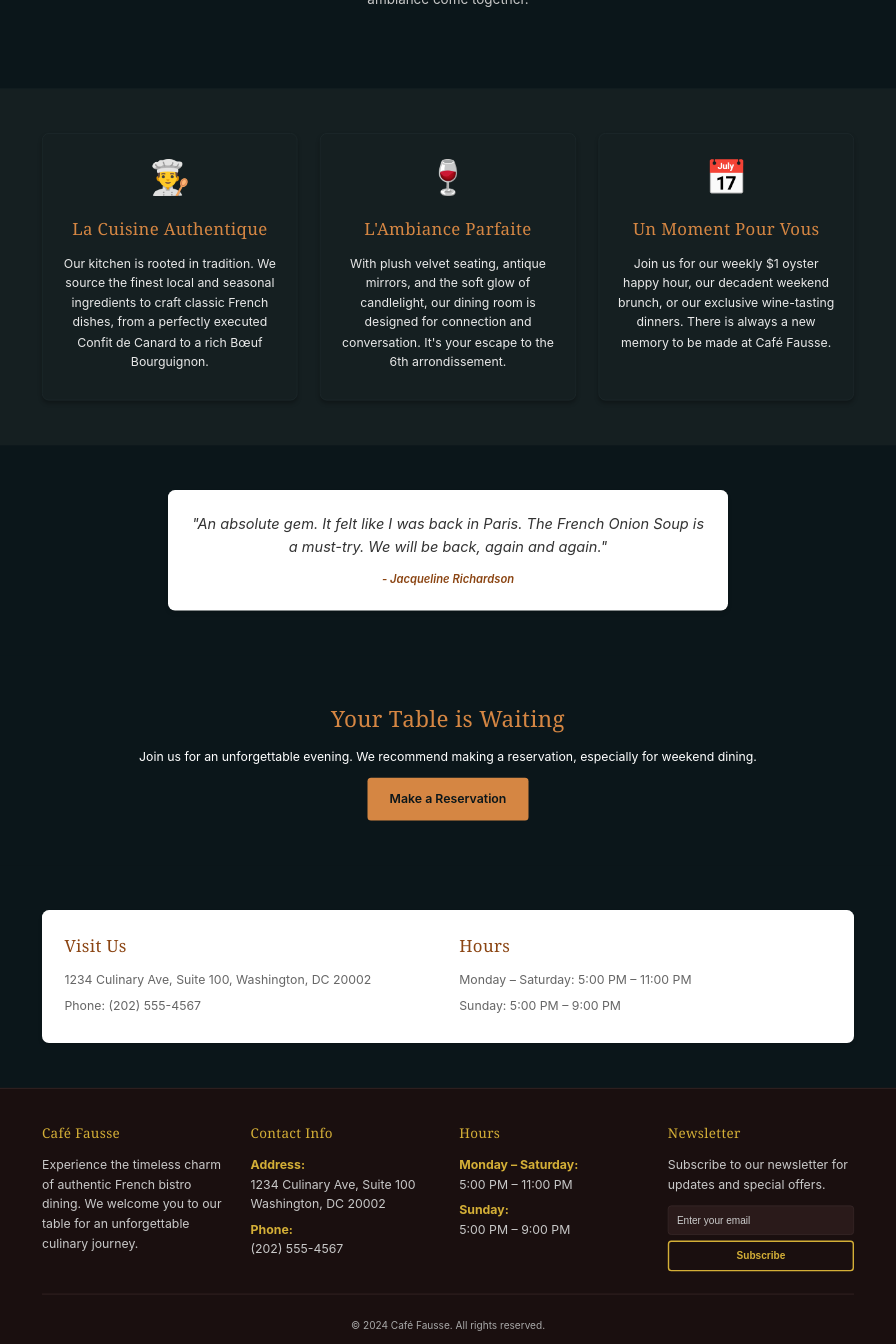
Repository: MatVanDenArt/MSSE-Cafe-Fausse
Page: / (app in frontend/)
The author's editor kept a copy of each file at every save. The page is drawn from the files as they stood at one save, then again after the next save.
The browser window is 1280 px wide. The pictures show the part of the page from y = 1053 to 2973 px (the page is 2973 px tall), at 70% of full size.
The page's requests for data from a server got no answer. The project was rebuilt for these pictures with package versions that can differ from the ones it lists, and the page was loaded fresh each time. No one was signed in, and anything a server would have sent is missing. Also part of the build but not shown: frontend/src/pages/Menu.css, frontend/src/pages/Menu.js, frontend/src/pages/Reservations.css, frontend/src/pages/Reservations.js, frontend/src/pages/About.css, frontend/src/pages/About.js, frontend/src/pages/Gallery.css, frontend/src/pages/Gallery.js.

Above is the page before, as saved 2025-10-26 15:19:43.

After the next save:
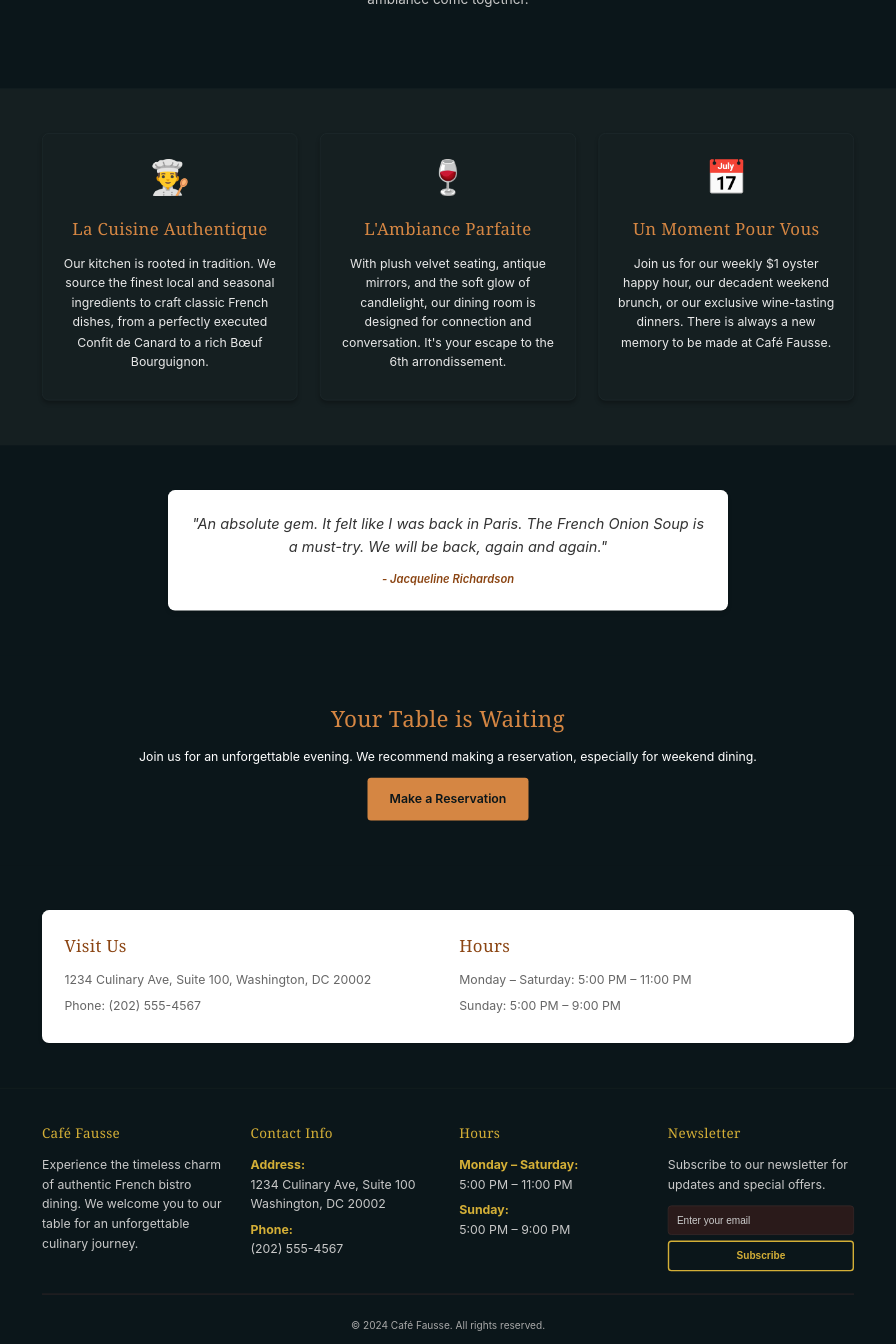
Saved 4 s later.
--- a/frontend/src/components/Footer.css
+++ b/frontend/src/components/Footer.css
@@ -1,9 +1,9 @@
 .footer {
-  background-color: #1a0f0f;
+  background-color: #0b161a;
   color: #e8e8e8;
   padding: 3rem 0 1rem;
   margin-top: auto;
-  border-top: 1px solid #3a2a2a;
+  border-top: 1px solid #151f21;
 }
 
 .footer-content {
